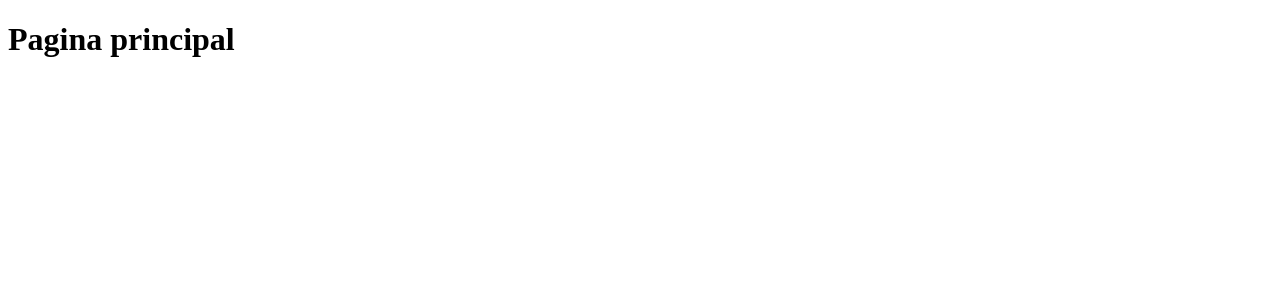
Repository: EmanuelUrbano/testeExpressJs
Page: views/index.html
An editor plug-in stored every save of this project. The page is shown before and after the next save, followed by the edit.
The browser window is 1280 px wide. The pictures show the whole page.

Above is the page before, as saved 2022-02-27 20:38:24.

After the next save:
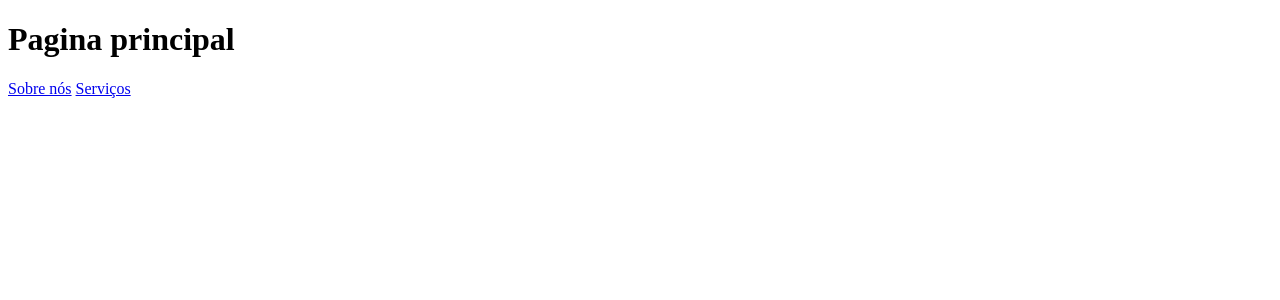
Saved 90 s later.
--- a/views/index.html
+++ b/views/index.html
@@ -8,5 +8,7 @@
 </head>
 <body>
     <h1>Pagina principal</h1>
+    <a href="./sobre">Sobre nós</a>
+    <a href="./servicos">Serviços</a>
 </body>
 </html>
